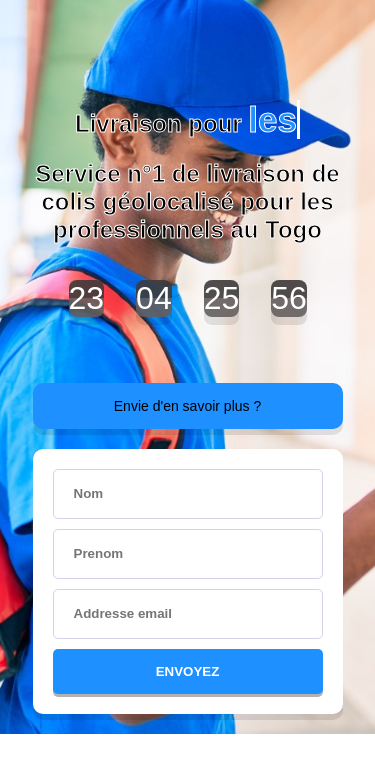
Repository: lawalalao/landpage
Page: index.html
The author's editor kept a copy of each file at every save. The page is drawn from the files as they stood at one save, then again after the next save.
The browser window is 375 px wide. The pictures show the whole page.
Some web fonts or font styles are not loaded; a fallback is used.

Above is the page before, as saved 2021-01-15 16:06:07.
Console error: TypeError: Cannot read properties of null (reading 'addEventListener')

### index.html
<!DOCTYPE html>
<html lang="en">
<head>
    <meta charset="UTF-8">
    <meta name="viewport" content="width=device-width, initial-scale=1.0">
    <link rel="shortcut icon" type="image/x-icon" href="./assets/icone.png">

    <link href="./assets/fontawesome-free-5.15.1-web/css/all.css" rel="stylesheet">
    <link rel="preconnect" href="https://fonts.gstatic.com">
    <link href="https://fonts.googleapis.com/css2?family=Allerta+Stencil&display=swap" rel="stylesheet">
    <link rel="stylesheet" href="style.css">
    <!-- Primary Meta Tags -->
<title>chapchap.tg</title>
<meta name="title" content="chapchap.tg">
<meta name="description" content="Service n°1 de livraison de colis géolocalisé pour les professionnels au Togo.comingsoon">

<!-- Open Graph / Facebook -->
<meta property="og:type" content="website">
<meta property="og:url" content="https://metatags.io/">
<meta property="og:title" content="chapchap.tg">
<meta property="og:description" content="Service n°1 de livraison de colis géolocalisé pour les professionnels au Togo.comingsoon">
<meta property="og:image" content="https://metatags.io/assets/meta-tags-16a33a6a8531e519cc0936fbba0ad904e52d35f34a46c97a2c9f6f7dd7d336f2.png">

<!-- Twitter -->
<meta property="twitter:card" content="summary_large_image">
<meta property="twitter:url" content="https://metatags.io/">
<meta property="twitter:title" content="chapchap.tg">
<meta property="twitter:description" content="Service n°1 de livraison de colis géolocalisé pour les professionnels au Togo.comingsoon">
<meta property="twitter:image" content="https://metatags.io/assets/meta-tags-16a33a6a8531e519cc0936fbba0ad904e52d35f34a46c97a2c9f6f7dd7d336f2.png">
</head>
<body>

        <div class="nav" id="navbar">
            <nav class="navbar navbar-light bg-light">
            <a class="navbar-brand" href="#">
                <img src="./assets/logo.png" width="90" height="90" alt="logo" loading="lazy">
            </a>
            </nav>
            <div class="social">
                <a href="https://web.facebook.com/chapchap.tg" target="_blank" ><i class="fab fa-facebook-square"></i></a>
                <a href="https://www.instagram.com/chapchap_tg/" target="_blank"><i class="fab fa-instagram-square"></i></a>
                <a href="https://twitter.com/chapchap_tg" target="_blank"><i class="fab fa-twitter-square"></i></a>
                <a href="https://www.linkedin.com/company/chapchap-tg" target="_blank" ><i class="fab fa-linkedin"></i></a>
            </div>
        </div>

    <section class="signup">
        <div class="signup-intro">
            <h1 class="z">Livraison pour
                <span class="txt-type" data-wait="500" data-words='["les colis", "les plis", "les marchandises", "le retail", "le dernier Kilometre"]'></span>
            </h1>
            <h1 class="x">Service n°1 de livraison de colis géolocalisé pour les professionnels au Togo</h1>
            <div class="countdown"></div>

        </div>

        <div class="signup-form">
            <div class="tryit-banner">
                <p>Envie d'en savoir plus ? </p>
            </div>

            <form action="https://formspree.io/f/xleollba" method="POST"">
                <input type="text" name="name" placeholder="Nom">
                <input type="text" name="name" placeholder="Prenom">
                <input type="email" name="_replyto"placeholder="Addresse email" required>

                <button class="button">Envoyez</button>

            </form>
        </div>
    </section>
</body>
<script src="./app.js"></script>
<script>  var prevScrollpos = window.pageYOffset;
      window.onscroll = function() {

      var currentScrollpos = window.pageYOffset;
      if(prevScrollpos > currentScrollpos) {
            document.getElementById("navbar").style.top = "0";
      } else {
            document.getElementById("navbar").style.top = "-400px";
      }

      prevScrollpos = currentScrollpos;

      }</script>
</html>

### style.css
body {
    font-family: 'Allerta Stencil',
    sans-serif;
    max-width: 310px;
    margin: 0 auto;
    padding: 20px 20px;
    background: url("./assets/image.jpeg") center no-repeat;
    background-repeat: no-repeat;
    background-size: cover;
    color: Black;

}
.social i{
    color:#1E90FF;
    font-size:25px;
}

.social i:hover {
    color: rgb(25, 29, 238);
}
.nav {
    margin-top: 30px;
    position: fixed;
    z-index: 1000;
    top: 0;
    right: 30px;
    left: 40px;
    height: 35px;
    display: flex;
    flex-direction: row;
    justify-content: space-between;
    align-items: center;
    padding: 0 25px 0 25px;
    background-color: transparent;
    transition: top 0.3s;


}

.nav a {
    float: left;
    font-size: 28px;
    font-weight: bold;
    margin-left: 25px;
    color: black;
    text-decoration: none;

}
.txt-type>.txt {
    font-size: 35px;
    color: #1E90FF;
    border-right: 0.2rem solid white;
}
h1{
    -webkit-text-stroke: 1px white;
    color:black;
}
p {
    font-size: 14px;
}

.tryit-banner {
    background-color:#1E90FF;
    border-radius: 10px;
    margin-top: 50px;
    box-shadow: 0px 6px 0px rgba(0, 0, 0, 0.1);
    font-size: 14px;
}

.tryit-banner p {
    padding: 15px 0;
}

input, button {
    font-family: 'Allerta Stencil',
    sans-serif;
}

form {
    background-color: #fff;
    margin-top: 20px;
    display: flex;
    flex-direction: column;
    padding: 20px;
    border-radius: 10px;
    box-shadow: 0px 6px 0px rgba(0, 0, 0, 0.1);
}

input {
    box-sizing: border-box;
    width: 100%;
    height: 50px;
    padding-left: 20px;
    font-weight: 600;
    border: 1px solid hsl(245, 35%, 87%);
    border-radius: 5px;
    margin-bottom: 10px;
    transition: 0.1s;
}

input:hover {
    border: 1px solid hsl(246, 25%, 77%);
}

.button {
    background-color:#1E90FF;
    font-family: 'Allerta Stencil',
    sans-serif;
    border: none;
    border-radius: 5px;
    box-shadow: 0px 3px 0px rgba(0, 0, 0, 0.3);
    padding: 15px 0;
    text-transform: uppercase;
    color: #fff;
    font-weight: 600;
    transition: 0.5s;
}

.button:hover {
    background-color:#042b52;
}

.form-disclaimer {
    color: hsl(246, 25%, 77%);
    font-size: 10px;
}

.terms {
    text-decoration: none;
    font-weight: 600;
    color: hsl(0, 100%, 74%);
}
.countdown {

    display: flex;
    margin-left: -30px;
    font-size: 30px;
    font-weight: 200;
}

.countdown div {

    background: linear-gradient(to bottom,
            rgba(61, 58, 58, 0.9) 50%,
            rgba(99, 93, 93, 0.9) 0);
    color: white;
    margin: 1rem 1rem 3rem 1rem;
    font-size: 3rem;
    font-weight: 400;
    display: flex;
    justify-content: center;
    align-items: center;
    box-shadow: 0px 8px 0px rgba(0, 0, 0, 0.1);
    border-radius: 8px;
    position: relative;
}

.countdown div::before {
    content: "";
    position: absolute;
    height: 0.24rem;
    background-color: #17181b;
}

.countdown div::after {
    content: attr(data-content);
    font-size: 6rem;
    font-weight: 400;
    position: absolute;
    bottom: -6rem;
}

@media screen and (max-width: 480px) {
    .countdown {
        font-size: 25px;
        display: flex;
       margin-left: 20px ;
    }
    .z{
        margin-top:80px;
    }
    .social{
        display: inline;
        margin-left: 80px;
    }
    .navbar-brand img {
        margin-top: 15px;
        margin-left: -60px;
    }
    .signup{
        text-align: center;
    }

    .countdown div {
        display: flex;
        margin: 1rem 1rem 1rem 1rem;
        font-size: 2rem;
        flex-direction: column;

    }

    .countdown div::after {
        font-size: 2rem;
        display: flex;
        flex-direction: column;
        width: 60%;

    }
}

@media screen and (min-width: 768px) {
    .countdown {
        font-size: 56px;
    }

    .countdown {
        font-size: 25px;
        display: flex;
    }

    .countdown div {
        display: flex;
        margin: 1rem 1rem 1rem 1rem;
        font-size: 3rem;
        flex-direction: column;
    }

    .countdown div::after {
        font-size: 2.2rem;
        display: flex;
        flex-direction: column;
        width: 60%;
    }

    .signup {
        text-align: center;
    }
}

@media screen and (min-width: 1024px) {
    header .content .countdown {
        font-size: 72px;

    }
}

@media screen and (min-width: 1280px) {
    .content .countdown {
        font-size: 56px;
    }
}
@media screen and (min-width: 900px) {
    .nav{
        height: 80px;
    }
    .nav a {
        float: left;
        font-size: 40px;
        font-weight: bold;
        margin-left: 25px;
        color: black;
        text-decoration: none;

    }
    .signup {
        display: flex;
        justify-content: space-between;
    }

    .signup-intro {
        margin-top: 25px;
        width: 100%;
        margin-left: 10px;
        display: flex;
        flex-direction: column;
        justify-content: center;
        text-align: left;
    }

    .signup-form {
        width: 46%;
        font-family: 'Allerta Stencil',
        sans-serif;
        margin-top: 10px;
    }
    form {
        padding: 30px;
    }

    body {
        margin:100px auto;
        max-width: 1000px;
        padding: 40px 20px;
        background: url("./assets/image.jpeg") ;
        background-repeat: no-repeat;
        background-size: cover;
        font-family: 'Allerta Stencil',
        sans-serif;
    }

    h1 {
        font-size:45px;
        margin-bottom: 0px;
        -webkit-text-stroke: 1px white;
        color:black;
    }

    p {
        font-size: 20px;
    }
}

### app.js
const countdown = document.querySelector(".countdown");

const interval = setInterval(() => {
  const deadline = new Date(2021,01, 05, 00, 00, 00);

  const current = new Date();

  const diff = deadline - current;

  const days = Math.floor(diff / (1000 * 60 * 60 * 24)) + "";
  const hours = Math.floor((diff / (1000 * 60 * 60)) % 24) + "";
  const minutes = Math.floor((diff / (1000 * 60)) % 60) + "";
  const seconds = Math.floor((diff / 1000) % 60) + "";

  countdown.innerHTML = `
    <div data-content="">${days.length === 1 ? `0${days}` : days}</div>
    <div data-content="">${hours.length === 1 ? `0${hours}` : hours}</div>
    <div data-content="">${
      minutes.length === 1 ? `0${minutes}` : minutes
    }</div>
    <div data-content="">${
      seconds.length === 1 ? `0${seconds}` : seconds
    }</div>
`;

  if (diff < 0) {
    clearInterval(interval);
    countdown.innerHTML = "<h1>Here We Go!!!</h1>";
  }

  document.querySelector(".reset").addEventListener("click", () => {
    clearInterval(interval);

    const divs = document.querySelectorAll(".countdown div");

    divs.forEach((div) => {
      div.innerHTML = "00";
    });
  });
}, 1000);


// ES6 Class
class TypeWriter {
  constructor(txtElement, words, wait = 3000) {
    this.txtElement = txtElement;
    this.words = words;
    this.txt = '';
    this.wordIndex = 0;
    this.wait = parseInt(wait, 10);
    this.type();
    this.isDeleting = false;
  }

  type() {
    // Current index of word
    const current = this.wordIndex % this.words.length;
    // Get full text of current word
    const fullTxt = this.words[current];

    // Check if deleting
    if(this.isDeleting) {
      // Remove char
      this.txt = fullTxt.substring(0, this.txt.length - 1);
    } else {
      // Add char
      this.txt = fullTxt.substring(0, this.txt.length + 1);
    }

    // Insert txt into element
    this.txtElement.innerHTML = `<span class="txt">${this.txt}</span>`;

    // Initial Type Speed
    let typeSpeed = 300;

    if(this.isDeleting) {
      typeSpeed /= 2;
    }

    // If word is complete
    if(!this.isDeleting && this.txt === fullTxt) {
      // Make pause at end
      typeSpeed = this.wait;
      // Set delete to true
      this.isDeleting = true;
    } else if(this.isDeleting && this.txt === '') {
      this.isDeleting = false;
      // Move to next word
      this.wordIndex++;
      // Pause before start typing
      typeSpeed = 500;
    }

    setTimeout(() => this.type(), typeSpeed);
  }
}


// Init On DOM Load
document.addEventListener('DOMContentLoaded', init);

// Init App
function init() {
  const txtElement = document.querySelector('.txt-type');
  const words = JSON.parse(txtElement.getAttribute('data-words'));
  const wait = txtElement.getAttribute('data-wait');
  // Init TypeWriter
  new TypeWriter(txtElement, words, wait);
}

Loaded but not shown: assets/fontawesome-free-5.15.1-web/css/all.css (library)

After the next save:
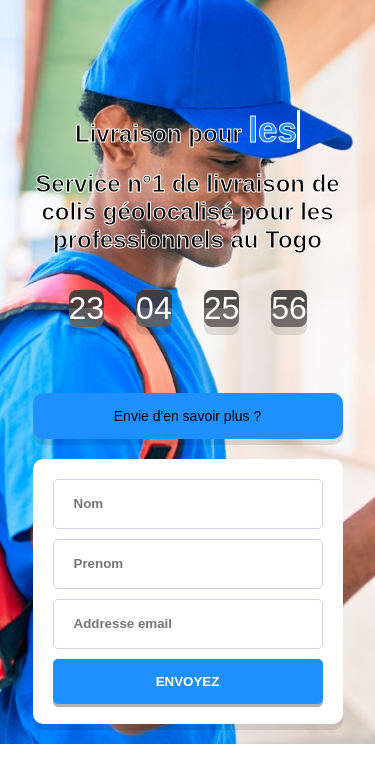
Saved 6 s later.
--- a/style.css
+++ b/style.css
@@ -177,7 +177,7 @@ input:hover {
        margin-left: 20px ;
     }
     .z{
-        margin-top:80px;
+        margin-top:90px;
     }
     .social{
         display: inline;
